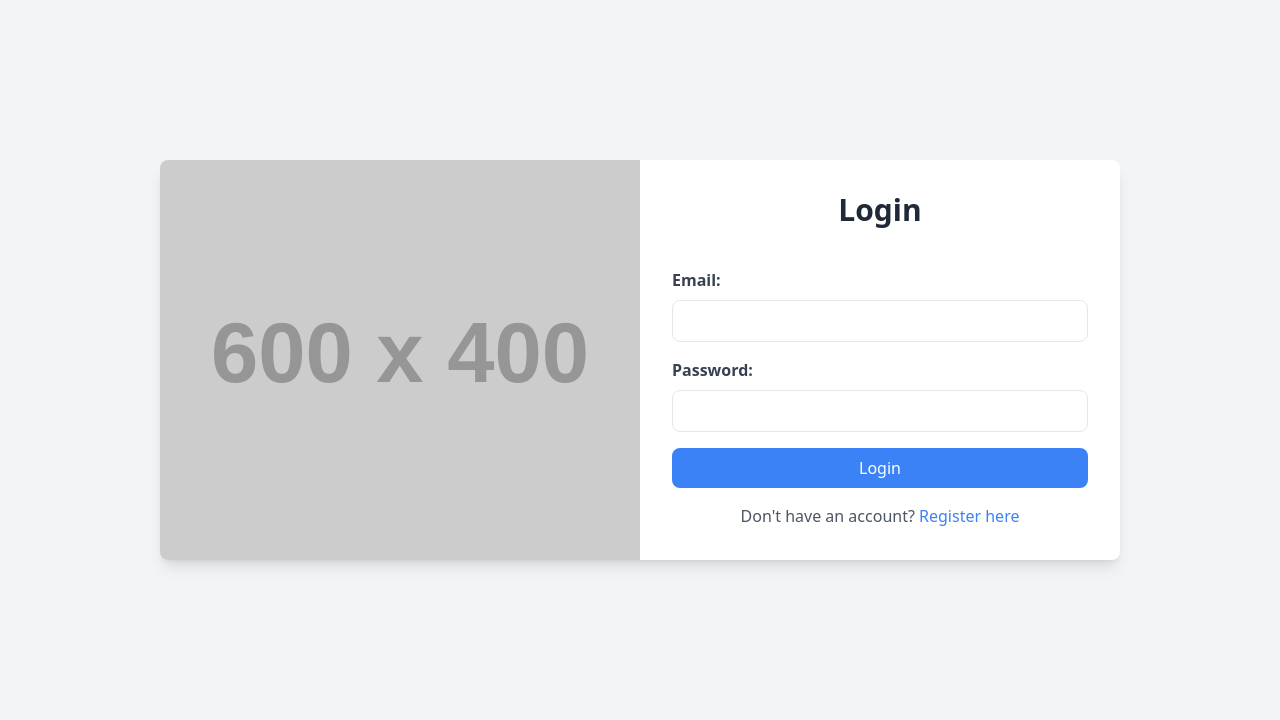
Repository: daffa-alif/team-kobar
Page: http://localhost/login
An editor plug-in stored every save of this project. The page is shown before and after the next save, followed by the edit.
The browser window is 1280 px wide. The pictures show the whole page.
Some web libraries are served in a nearby version. The page is served by the project's Laravel application, run on PHP 8.4 with Laravel 12. Other server files are loaded and not shown.

Above is the page before, as saved 2024-11-21 07:44:20.

### routes/web.php
<?php
use Illuminate\Support\Facades\Route;
use Illuminate\Http\Request;
use Illuminate\Support\Facades\Auth;
use Illuminate\Validation\ValidationException;
use App\Http\Controllers\AuthController;
use App\Http\Controllers\JournalController;
use App\Http\Controllers\ProfileController;

Route::get('/welcome', function () {
    return view('welcome'); // or whatever view you want to return
})->name('welcome');

// Root route: Redirects to login if not authenticated, otherwise goes to welcome
Route::get('/', function () {
    return Auth::check() ? redirect('/welcome') : redirect()->route('login');
});

// Show the login form
Route::get('/login', [AuthController::class, 'showLoginForm'])->name('login');

// Handle the login process
Route::post('/login', [AuthController::class, 'login']);

// Show the registration form
Route::get('/register', [AuthController::class, 'showRegistrationForm'])->name('register');

// Handle the registration process
Route::post('/register', [AuthController::class, 'register']);

// Handle the logout process
Route::post('/logout', [AuthController::class, 'logout'])->name('logout');

// Protected route for welcome page, requires authentication
Route::get('/welcome', function () {
    return view('profile.edit');
})->middleware('auth');

// Show the profile edit form
Route::get('/profile/edit', function () {
    return view('auth.edit'); // Ensure you have a view named 'auth.edit'
})->middleware('auth')->name('profile.edit');

// Handle the profile update process
Route::put('/profile/update', [AuthController::class, 'update'])->middleware('auth')->name('profile.update');

// Journal routes (protected by authentication)
Route::get('/journal/index', [JournalController::class, 'index'])->middleware('auth')->name('journal.index');
Route::get('/journal/create', [JournalController::class, 'create'])->middleware('auth')->name('journal.create');
// Route untuk halaman edit jurnal
Route::get('/journal/{id}/edit', [JournalController::class, 'edit'])->name('journal.edit');
Route::put('/journal/{id}', [JournalController::class, 'update'])->name('journal.update');
Route::post('/journal/store', [JournalController::class, 'store'])->middleware('auth')->name('journal.store');
Route::get('/journal/{id}', [JournalController::class, 'show'])->name('journal.show');
Route::delete('/journal/{id}', [JournalController::class, 'destroy'])->name('journal.destroy');

Route::middleware('auth')->group(function () {
    // Define the route for viewing the profile page
    Route::get('/profile', [ProfileController::class, 'welcome'])->name('profile.welcome');
});

### app/Http/Controllers/AuthController.php
<?php

namespace App\Http\Controllers;

use App\Models\User;
use Illuminate\Http\Request;
use Illuminate\Support\Facades\Auth;
use Illuminate\Support\Facades\Hash;
use Illuminate\Validation\ValidationException;

class AuthController extends Controller
{
    /**
     * Show the login form.
     */
    public function showLoginForm()
    {
        return view('auth.login'); // Return the login view
    }

    /**
     * Handle the login process.
     */
    public function login(Request $request)
    {
        // Validate input
        $request->validate([
            'email' => 'required|email',
            'password' => 'required',
        ]);

        // Attempt to log in with provided credentials
        if (Auth::attempt($request->only('email', 'password'))) {
            return redirect()->route('profile.welcome');  // Redirect to the profile welcome page
        }

        // If authentication fails, throw a validation error
        throw ValidationException::withMessages([
            'email' => ['The provided credentials are incorrect.'],
        ]);
    }

    /**
     * Show the registration form.
     */
    public function showRegistrationForm()
    {
        return view('auth.register'); // Return the registration view
    }

    /**
     * Handle the registration process.
     */
    public function register(Request $request)
    {
        // Validate registration input
        $request->validate([
            'name' => 'required|string|max:255',
            'email' => 'required|string|email|max:255|unique:users',
            'password' => 'required|string|min:8|confirmed',
        ]);

        // Prepare user data for creation
        $userData = $request->only('name', 'email');
        $userData['password'] = Hash::make($request->password);

        // Handle profile picture upload if available
        if ($request->hasFile('profile_picture')) {
            $userData['profile_picture'] = $request->file('profile_picture')->store('profile_pictures', 'public');
        }

        // Create the user
        User::create($userData);

        // Redirect to login page after registration
        return redirect()->route('login')->with('success', 'Account created successfully! Please log in.');
    }

    /**
     * Handle the logout process.
     */
    public function logout(Request $request)
    {
        Auth::logout(); // Log out the user
        return redirect()->route('login'); // Redirect to the home page after logout
    }

    /**
     * Handle profile update process.
     */
    public function update(Request $request)
    {
        // Validate input
        $request->validate([
            'name' => 'required|string|max:255',
            'email' => 'required|string|email|max:255',
            'profile_picture' => 'nullable|image|mimes:jpg,png,jpeg,gif,svg|max:2048',
            'description' => 'nullable|string|max:500',
        ]);

        $user = Auth::user(); // Get the currently authenticated user

        // Update user data
        $user->name = $request->name;
        $user->email = $request->email;

        // Handle profile picture upload if available
        if ($request->hasFile('profile_picture')) {
            // Delete old profile picture if it exists
            if ($user->profile_picture) {
                \Storage::delete('public/' . $user->profile_picture);
            }
            $user->profile_picture = $request->file('profile_picture')->store('profile_pictures', 'public');
        }

        // Update description if provided
        $user->description = $request->description;
        $user->save(); // Save changes

        // Redirect to profile welcome page after update
        return redirect()->route('profile.welcome')->with('success', 'Profile updated successfully.');
    }
}

### resources/views/Auth/login.blade.php
<!DOCTYPE html>
<html lang="en">
<head>
    <meta charset="UTF-8">
    <meta name="viewport" content="width=device-width, initial-scale=1.0">
    <title>Login</title>
    <!-- Tailwind CSS CDN -->
    <script src="https://cdn.tailwindcss.com"></script>
</head>
<body class="bg-gray-100 h-screen flex items-center justify-center">
    <div class="bg-white shadow-lg rounded-lg flex w-3/4 overflow-hidden">
        <!-- Left Side with Image -->
        <div class="w-1/2 hidden md:block">
            <img
                src="https://via.placeholder.com/600x400"
                alt="Login Illustration"
                class="h-full w-full object-cover"
            >
        </div>
        <!-- Right Side with Login Form -->
        <div class="w-full md:w-1/2 p-8 flex flex-col justify-center">
            <h1 class="text-3xl font-bold text-gray-800 mb-6 text-center">Login</h1>
            <form action="{{ route('login') }}" method="POST" class="space-y-4">
                @csrf
                <div>
                    <label class="block text-gray-700 font-semibold mb-2">Email:</label>
                    <input
                        type="email"
                        name="email"
                        required
                        class="w-full px-4 py-2 border rounded-lg focus:outline-none focus:ring-2 focus:ring-blue-400"
                    >
                </div>
                <div>
                    <label class="block text-gray-700 font-semibold mb-2">Password:</label>
                    <input
                        type="password"
                        name="password"
                        required
                        class="w-full px-4 py-2 border rounded-lg focus:outline-none focus:ring-2 focus:ring-blue-400"
                    >
                </div>
                <button
                    type="submit"
                    class="w-full bg-blue-500 text-white py-2 rounded-lg hover:bg-blue-600 transition"
                >
                    Login
                </button>
            </form>
            <p class="mt-4 text-center text-gray-600">
                Don't have an account?
                <a href="{{ route('register') }}" class="text-blue-500 hover:underline">Register here</a>
            </p>
        </div>
    </div>
</body>
</html>

Loaded but not shown: app/Http/Controllers/Controller.php (common file)

After the next save:
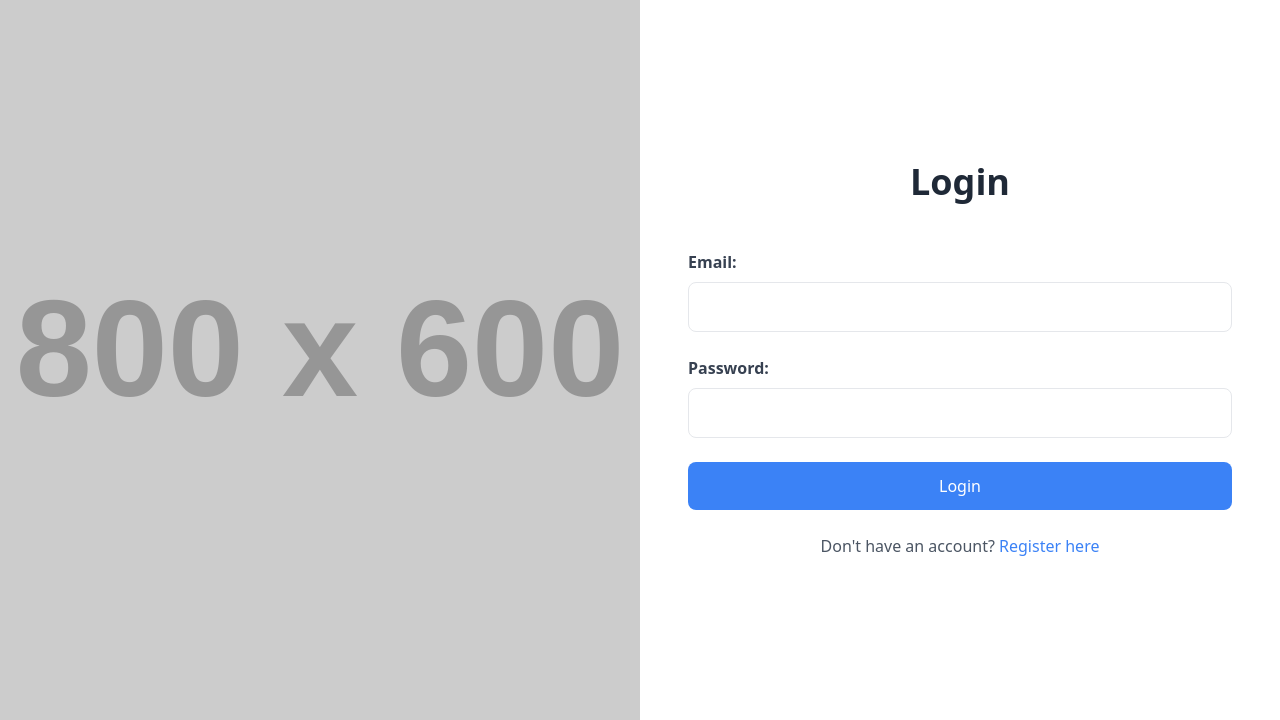
Saved 3 min 10 s later.
--- a/resources/views/Auth/login.blade.php
+++ b/resources/views/Auth/login.blade.php
@@ -6,21 +6,29 @@
     <title>Login</title>
     <!-- Tailwind CSS CDN -->
     <script src="https://cdn.tailwindcss.com"></script>
+    <style>
+        /* Additional mobile-specific adjustments */
+        @media (max-width: 640px) {
+            .login-image {
+                display: none; /* Hide the image for small screens */
+            }
+            .login-form {
+                width: 100%; /* Full width for mobile */
+                padding: 2rem; /* Add padding for better spacing */
+            }
+        }
+    </style>
 </head>
 <body class="bg-gray-100 h-screen flex items-center justify-center">
-    <div class="bg-white shadow-lg rounded-lg flex w-3/4 overflow-hidden">
+    <div class="w-full h-full flex">
         <!-- Left Side with Image -->
-        <div class="w-1/2 hidden md:block">
-            <img
-                src="https://via.placeholder.com/600x400"
-                alt="Login Illustration"
-                class="h-full w-full object-cover"
-            >
+        <div class="login-image w-1/2 bg-cover bg-center" style="background-image: url('https://via.placeholder.com/800x600');">
+            <!-- The image will cover the left side and adjust automatically -->
         </div>
         <!-- Right Side with Login Form -->
-        <div class="w-full md:w-1/2 p-8 flex flex-col justify-center">
-            <h1 class="text-3xl font-bold text-gray-800 mb-6 text-center">Login</h1>
-            <form action="{{ route('login') }}" method="POST" class="space-y-4">
+        <div class="login-form w-full md:w-1/2 p-12 flex flex-col justify-center bg-white">
+            <h1 class="text-4xl font-bold text-gray-800 mb-6 text-center">Login</h1>
+            <form action="{{ route('login') }}" method="POST" class="space-y-6">
                 @csrf
                 <div>
                     <label class="block text-gray-700 font-semibold mb-2">Email:</label>
@@ -28,7 +36,7 @@
                         type="email"
                         name="email"
                         required
-                        class="w-full px-4 py-2 border rounded-lg focus:outline-none focus:ring-2 focus:ring-blue-400"
+                        class="w-full px-4 py-3 border rounded-lg focus:outline-none focus:ring-2 focus:ring-blue-400"
                     >
                 </div>
                 <div>
@@ -37,17 +45,17 @@
                         type="password"
                         name="password"
                         required
-                        class="w-full px-4 py-2 border rounded-lg focus:outline-none focus:ring-2 focus:ring-blue-400"
+                        class="w-full px-4 py-3 border rounded-lg focus:outline-none focus:ring-2 focus:ring-blue-400"
                     >
                 </div>
                 <button
                     type="submit"
-                    class="w-full bg-blue-500 text-white py-2 rounded-lg hover:bg-blue-600 transition"
+                    class="w-full bg-blue-500 text-white py-3 rounded-lg hover:bg-blue-600 transition"
                 >
                     Login
                 </button>
             </form>
-            <p class="mt-4 text-center text-gray-600">
+            <p class="mt-6 text-center text-gray-600">
                 Don't have an account?
                 <a href="{{ route('register') }}" class="text-blue-500 hover:underline">Register here</a>
             </p>
